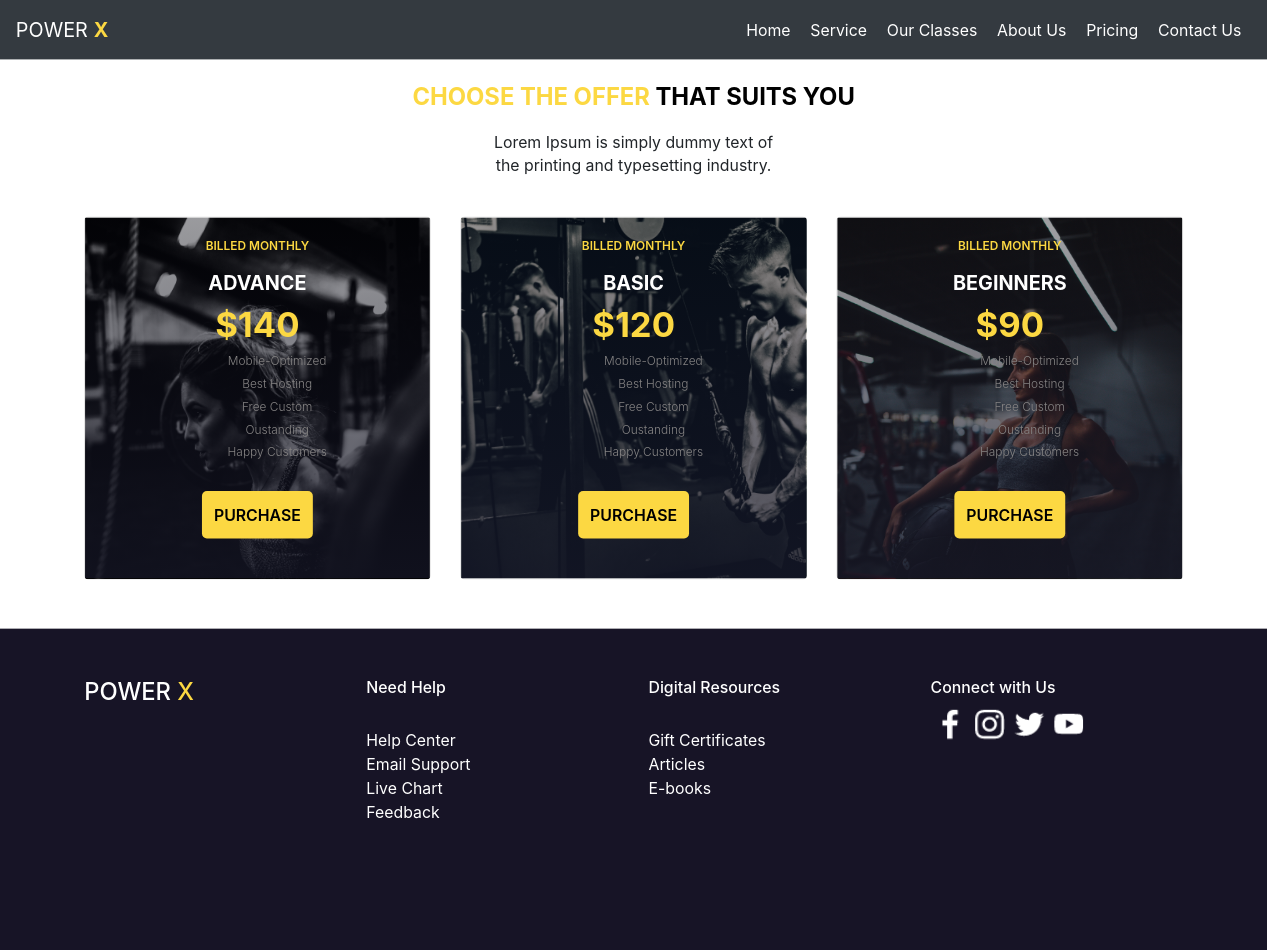
Repository: arif286/power-x-gym
Page: /pricing
These files come from the project's save history. The page is drawn as it stood at one moment and after the next save; the edit follows.
The browser window is 1280 px wide. The pictures show the whole page, at 99% of full size.
The project was rebuilt for these pictures with package versions that can differ from the ones it lists, and the page was loaded fresh each time. Also part of the build but not shown: src/components/Classes/Classes.js, src/components/About/About.js, src/components/ChooseUs/ChooseUs.js, src/components/Programs/Programs.css, src/components/Programs/Programs.js, src/components/WorkOut/WorkOut.css, src/components/WorkOut/WorkOut.js, src/components/Home/Home.js.

Above is the page before, as saved 2021-04-08 00:20:55.

After the next save:
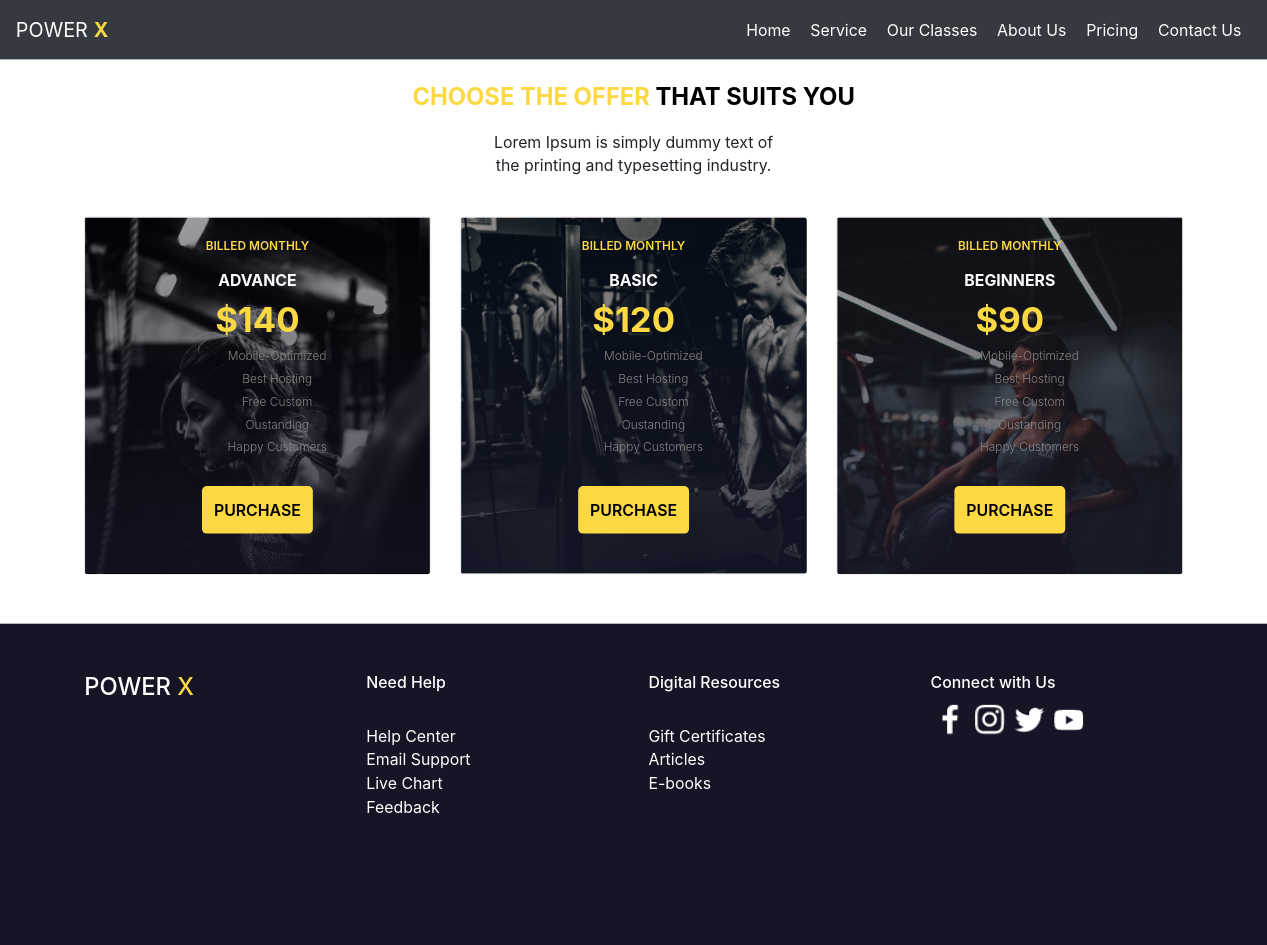
Saved 24 s later.
--- a/src/components/PricingPlan/PricingPlan.css
+++ b/src/components/PricingPlan/PricingPlan.css
@@ -30,7 +30,6 @@
   color: white;
   text-transform: uppercase;
   font-weight: 700;
-  font-size: 20px;
 }
 .price-plan {
   list-style: none;

After the save that followed:
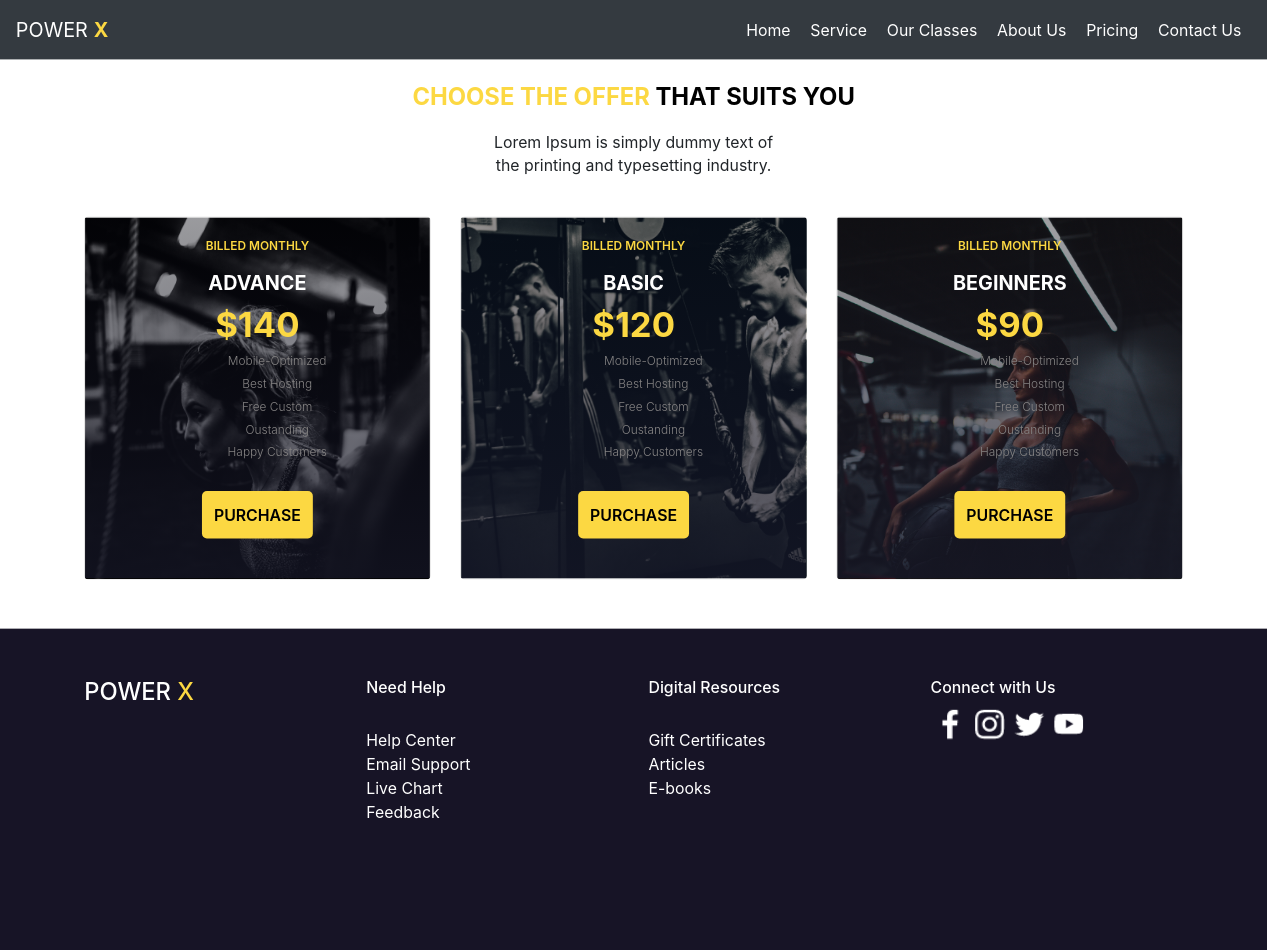
Saved 34 s later.
--- a/src/components/PricingPlan/PricingPlan.css
+++ b/src/components/PricingPlan/PricingPlan.css
@@ -30,6 +30,7 @@
   color: white;
   text-transform: uppercase;
   font-weight: 700;
+  font-size: 20px;
 }
 .price-plan {
   list-style: none;
